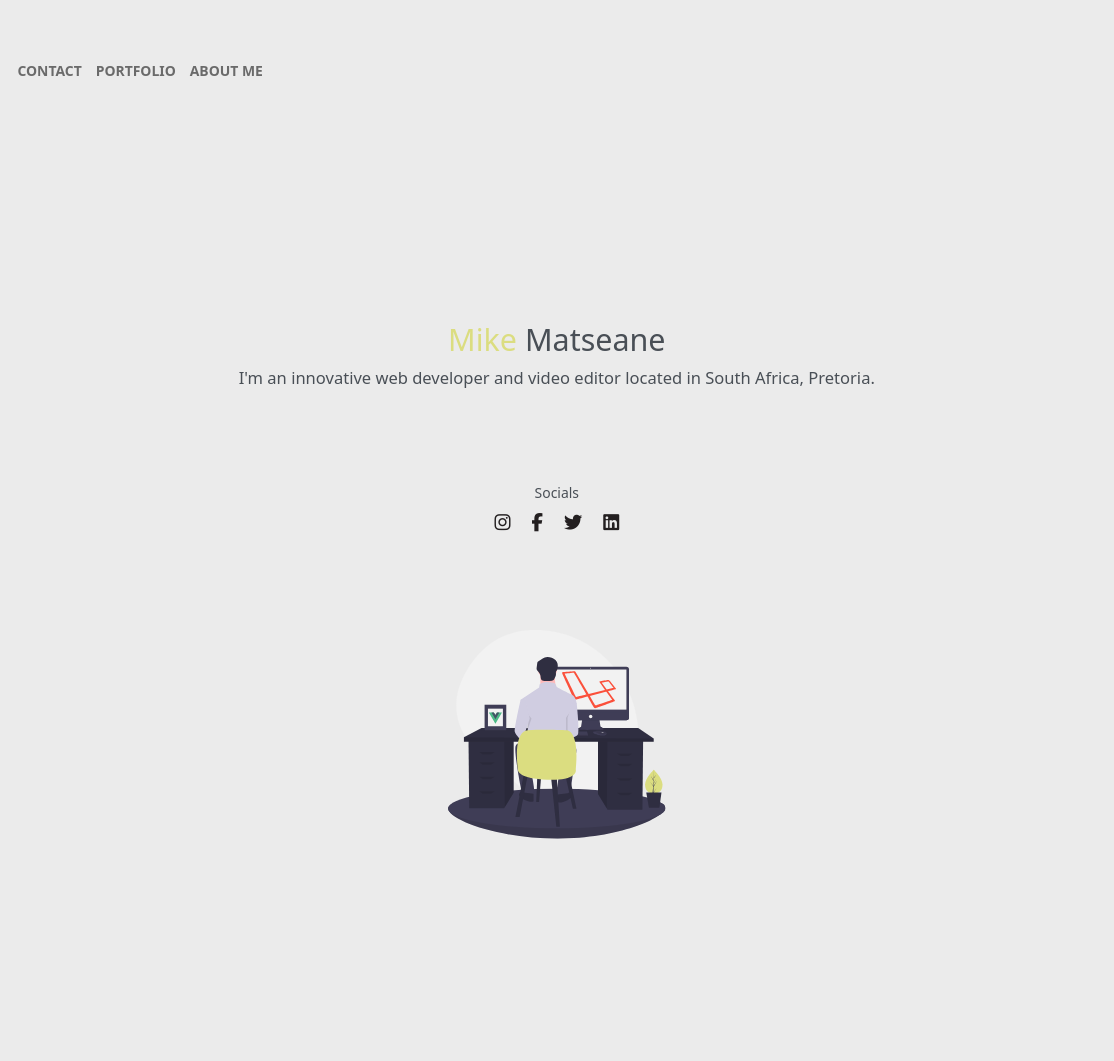
Repository: mikempho/resume10-Final
Page: resume10.html
An editor plug-in stored every save of this project. The page is shown before and after the next save, followed by the edit.
The browser window is 1280 px wide. The pictures show the whole page, at 87% of full size.
Some web fonts or font styles are not loaded; a fallback is used. Some web libraries are served in a nearby version.

Above is the page before, as saved 2022-05-16 14:53:13.

After the next save:
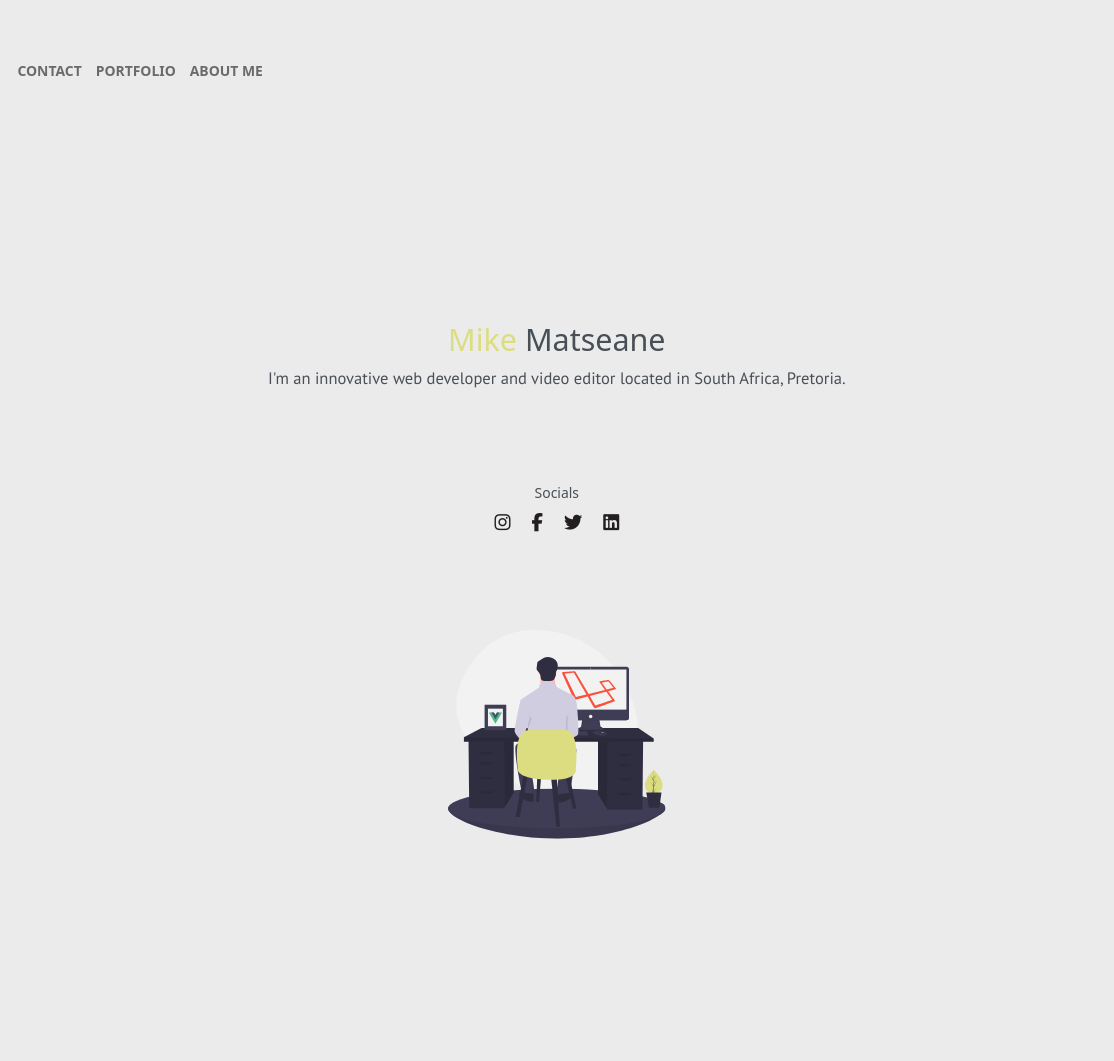
Saved 43 s later.
--- a/css/style.css
+++ b/css/style.css
@@ -12,6 +12,7 @@ h1 {
 
 p {
     font-size: 19px;
+    font-family: 'PT Sans', sans-serif;
 }
 
 span {
